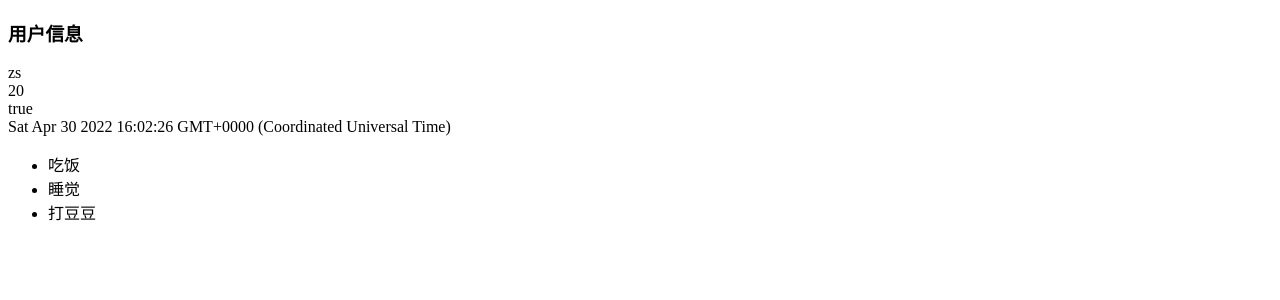
Repository: Bluesouls/eliauk.github.io
Page: Ajax学习笔记/day02/02传统方式渲染UI结构.html
These files come from the project's save history. The page is drawn as it stood at one moment and after the next save; the edit follows.
The browser window is 1280 px wide. The pictures show the whole page.

Above is the page before, as saved 2022-05-01 14:17:37.

### Ajax学习笔记/day02/02传统方式渲染UI结构.html
<!DOCTYPE html>
<html lang="en">

<head>
  <meta charset="UTF-8">
  <meta http-equiv="X-UA-Compatible" content="IE=edge">
  <meta name="viewport" content="width=device-width, initial-scale=1.0">
  <title>传统方式渲染UI结构</title>
  <script src="./lib/jquery.js"></script>
  <script src="./lib/template-web.js"></script>
</head>

<body>
  <div id="title"></div>
  <div id="name"></div>
  <div id="age"></div>
  <div id="isVIP"></div>
  <div id="date"></div>
  <ul id="hobby">
  </ul>
  <script type="text/html">


  </script>
  <script>
    var data = {
      title: '<h3>用户信息</h3>',
      name: 'zs',
      age: 20,
      isVIP: true,
      regTime: new Date(),
      hobby: ['吃饭', '睡觉', '打豆豆']
    }
    $('#title').html(data.title)
    $('#name').text(data.name)
    $('#age').text(data.age)
    $('#isVIP').text(data.isVIP)
    $('#date').text(data.regTime)
    var rows = []
    $.each(data.hobby, function (i, item) {
      rows.push('<li>' + item + '</li>')
    })
    $('#hobby').append(rows.join(''))
  </script>
</body>

</html>

Loaded but not shown: Ajax学习笔记/day02/lib/jquery.js (library); Ajax学习笔记/day02/lib/template-web.js (library)

After the next save:
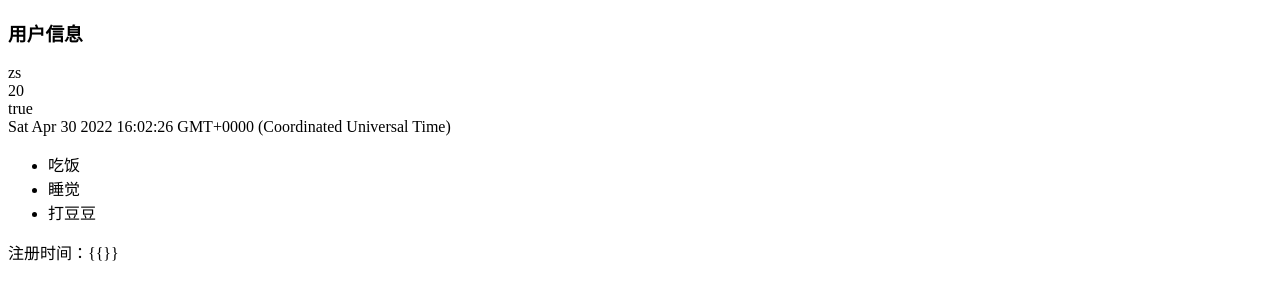
Saved 18 s later.
--- a/Ajax学习笔记/day02/02传统方式渲染UI结构.html
+++ b/Ajax学习笔记/day02/02传统方式渲染UI结构.html
@@ -18,6 +18,7 @@
   <div id="date"></div>
   <ul id="hobby">
   </ul>
+  <div>注册时间：{{}}</div>
   <script type="text/html">
 
 
